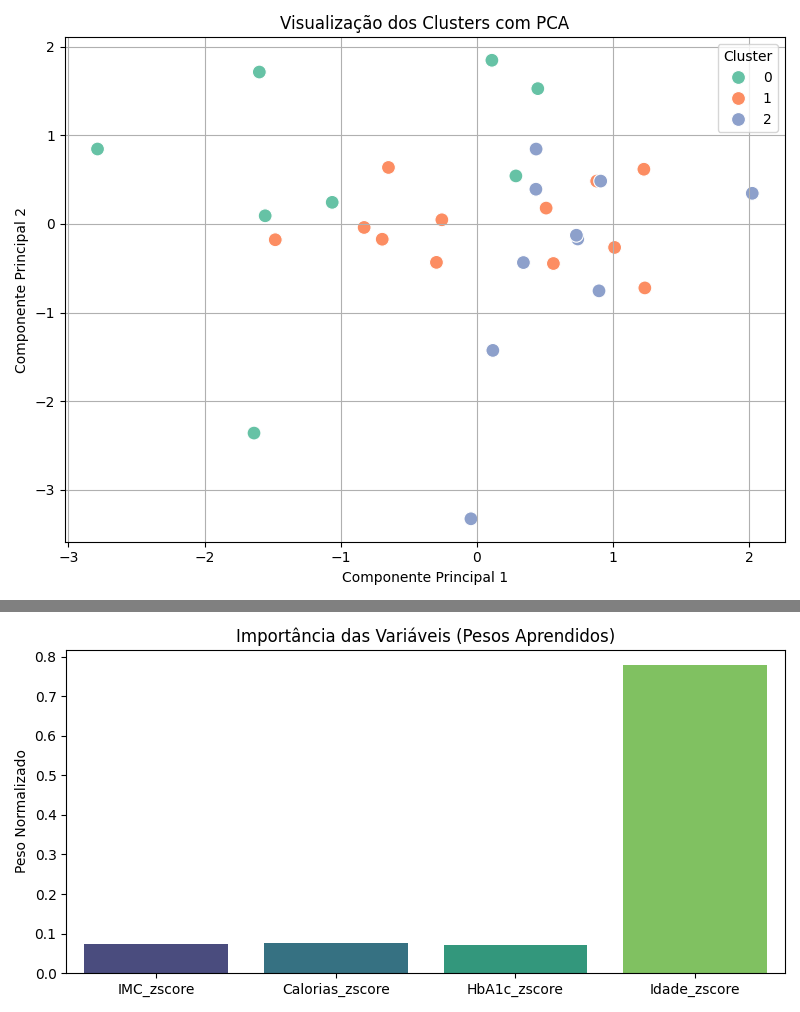
Repository: irisgorne/dashboard-clinap
Script's output: python app.py
These files come from the project's save history. The script's output is drawn as it stood at one moment and after the next save; the edit follows.
Each picture stacks the figures in order, with grey between them; figures that are only written to a file come last. Random numbers start from a fixed seed.

Above is the script's output before, as saved 2025-07-08 16:24:43.

### app.py

# app.py

import pandas as pd
import numpy as np
import os

# Criar pasta "data" se não existir
os.makedirs("data", exist_ok=True)

# Gerar base simulada
np.random.seed(42)

df = pd.DataFrame({
    "ID": range(1, 31),
    "IMC": np.round(np.random.normal(27, 4, 30), 1),
    "Calorias": np.round(np.random.normal(2200, 500, 30), 0),
    "HbA1c": np.round(np.random.normal(6.0, 1.2, 30), 2),
    "Idade": np.random.randint(18, 70, 30),
    "Sexo": np.random.choice(["Feminino", "Masculino"], 30),
    "Região": np.random.choice(["Norte", "Sul", "Leste", "Oeste"], 30)
})

# Salvar no diretório data
df.to_csv("data/base_simulada.csv", index=False)

print("✅ Base simulada salva em data/base_simulada.csv")
from src.preprocessamento import carregar_e_preprocessar

df_processado = carregar_e_preprocessar("data/base_simulada.csv")
print(df_processado.head())
from src.clinap import aplicar_clinap

# Seleciona apenas variáveis numéricas padronizadas
variaveis = ["IMC_zscore", "Calorias_zscore", "HbA1c_zscore", "Idade_zscore"]
X = df_processado[variaveis].values

# Aplica o CLiNAP
labels, pesos = aplicar_clinap(X, k=3)

# Exibe resultados
print("\n🔎 Clusters atribuídos:", labels)
print("\n📊 Pesos aprendidos para cada variável:", dict(zip(variaveis, pesos)))
from src.visualizacoes import plotar_clusters_pca, plotar_pesos

# Visualiza clusters em 2D com PCA
plotar_clusters_pca(X, labels, variaveis)

# Visualiza os pesos aprendidos
plotar_pesos(variaveis, pesos)

### src/preprocessamento.py
# src/preprocessamento.py

import pandas as pd
from sklearn.preprocessing import StandardScaler, LabelEncoder

def carregar_e_preprocessar(caminho_csv):
    # Carrega os dados
    df = pd.read_csv(caminho_csv)

    # Codifica variáveis categóricas
    df["Sexo_cod"] = LabelEncoder().fit_transform(df["Sexo"])
    df["Região_cod"] = LabelEncoder().fit_transform(df["Região"])

    # Padroniza variáveis numéricas
    colunas_numericas = ["IMC", "Calorias", "HbA1c", "Idade"]
    scaler = StandardScaler()
    dados_padronizados = scaler.fit_transform(df[colunas_numericas])
    df_padronizado = pd.DataFrame(dados_padronizados, columns=[f"{c}_zscore" for c in colunas_numericas])

    # Junta tudo em um DataFrame final
    df_final = df_padronizado.copy()
    df_final["Sexo"] = df["Sexo_cod"]
    df_final["Região"] = df["Região_cod"]
    df_final["ID"] = df["ID"]

    return df_final

### src/clinap.py
# src/clinap.py

import numpy as np
from sklearn.cluster import KMeans

def calcular_variancia_intra_cluster(X, labels, k):
    n_features = X.shape[1]
    variancia_total = np.zeros(n_features)

    for cluster in range(k):
        pontos = X[labels == cluster]
        if len(pontos) > 0:
            variancia_total += np.var(pontos, axis=0)
    return variancia_total

def aprender_pesos(X, labels, k):
    variancia = calcular_variancia_intra_cluster(X, labels, k)
    pesos = 1 / (variancia + 1e-6)  # Para evitar divisão por zero
    pesos = pesos / np.sum(pesos)  # Normaliza para somar 1
    return pesos

def aplicar_clinap(X, k=3, max_iter=10):
    # Inicializa com pesos iguais
    pesos = np.ones(X.shape[1]) / X.shape[1]

    for i in range(max_iter):
        # Aplica pesos nas variáveis
        X_ponderado = X * pesos

        # Aplica KMeans
        modelo = KMeans(n_clusters=k, random_state=42)
        labels = modelo.fit_predict(X_ponderado)

        # Atualiza os pesos
        novos_pesos = aprender_pesos(X, labels, k)

        # Convergência (opcional)
        if np.allclose(novos_pesos, pesos):
            break

        pesos = novos_pesos

    return labels, pesos

### src/visualizacoes.py
# src/visualizacoes.py

import matplotlib.pyplot as plt
import seaborn as sns
from sklearn.decomposition import PCA
import pandas as pd
import numpy as np

def plotar_clusters_pca(X, labels, variaveis):
    pca = PCA(n_components=2)
    componentes = pca.fit_transform(X)

    df_plot = pd.DataFrame(componentes, columns=["PC1", "PC2"])
    df_plot["Cluster"] = labels

    plt.figure(figsize=(8, 6))
    sns.scatterplot(data=df_plot, x="PC1", y="PC2", hue="Cluster", palette="Set2", s=100)
    plt.title("Visualização dos Clusters com PCA")
    plt.xlabel("Componente Principal 1")
    plt.ylabel("Componente Principal 2")
    plt.legend(title="Cluster")
    plt.grid(True)
    plt.tight_layout()
    plt.show()

def plotar_pesos(variaveis, pesos):
    plt.figure(figsize=(8, 4))
    sns.barplot(x=variaveis, y=pesos, palette="viridis")
    plt.title("Importância das Variáveis (Pesos Aprendidos)")
    plt.ylabel("Peso Normalizado")
    plt.tight_layout()
    plt.show()

After the next save:
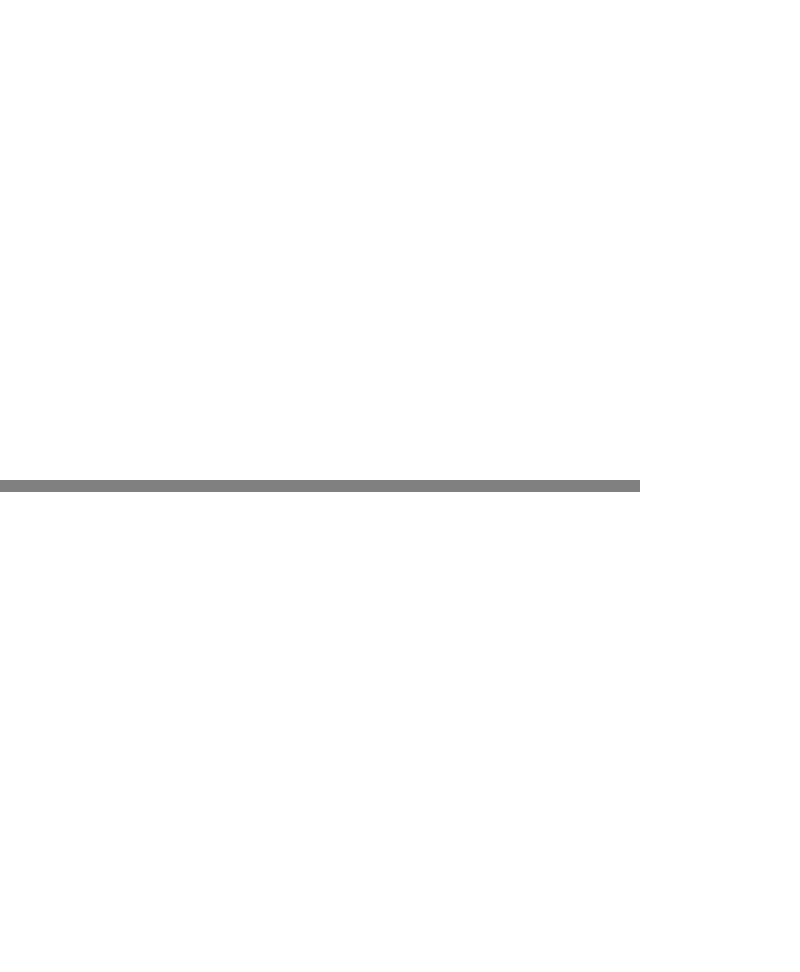
Saved 5 min 36 s later.
--- a/src/visualizacoes.py
+++ b/src/visualizacoes.py
@@ -30,3 +30,12 @@ def plotar_pesos(variaveis, pesos):
     plt.ylabel("Peso Normalizado")
     plt.tight_layout()
     plt.show()
+def plotar_clusters_pca(X, labels, variaveis):
+    ...
+    plt.savefig("outputs/cluster_pca.png")  # ✅ Salva o gráfico
+    plt.close()
+
+def plotar_pesos(variaveis, pesos):
+    ...
+    plt.savefig("outputs/pesos_variaveis.png")  # ✅ Salva o gráfico
+    plt.close()
